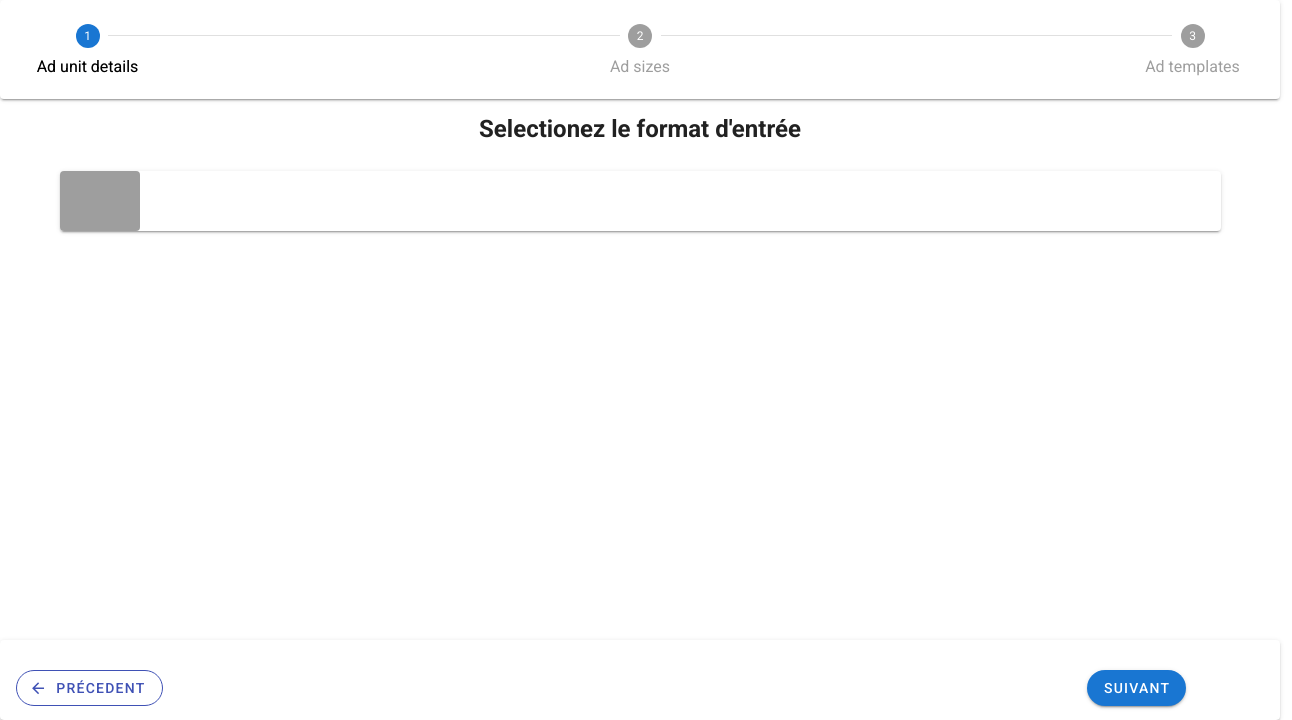
Repository: SidneyHodieb/myc
Page: /addsource/format
An editor plug-in stored every save of this project. The page is shown before and after the next save, followed by the edit.
The browser window is 1280 px wide. The page is 1292 px wide, so the pictures cover 1292 px, including what lies to the right of the window. The pictures show the whole page.
Pictures or frames that could not be fetched are drawn as grey boxes. The project was rebuilt for these pictures with package versions that can differ from the ones it lists, and the page was loaded fresh each time. Also part of the build but not shown: vue.config.js, src/views/Home.vue, src/views/addSource/components/card.vue, src/views/addSource/components/trigger.vue.

Above is the page before, as saved 2021-04-03 20:06:03.

### src/App.vue
<template>
  <v-app>
    <v-main>
      <router-view></router-view>
    </v-main>
  </v-app>
</template>

<script>

export default {
  name: 'App',
  data: () => ({
    //
  }),
};
</script>

### src/router/index.js
import Vue from 'vue'
import VueRouter from 'vue-router'
import Home from '../views/Home.vue'
import addSource from '../views/addSource/column'
import format from '../views/addSource/components/format'
import card from '../views/addSource/components/card'
import trigger from '../views/addSource/components/trigger'

Vue.use(VueRouter)

const routes = [
  {
    path: '/',
    name: 'Home',
    component: Home
  },
  {
    path: '/addsource',
    name: 'addSource',
    component: addSource,
    children: [
      {
        path: 'format',
        component: format
      },
      {
        path: 'card',
        component: card
      },
      {
        path: 'trigger',
        component: trigger
      }
    ]
  },
  {
    path: '/about',
    name: 'About',
    // route level code-splitting
    // this generates a separate chunk (about.[hash].js) for this route
    // which is lazy-loaded when the route is visited.
    component: function () {
      return import(/* webpackChunkName: "about" */ '../views/About.vue')
    }
  }
]

const router = new VueRouter({
  mode: 'history',
  base: process.env.BASE_URL,
  routes
})

export default router

### src/views/addSource/column.vue
<template>
  <div>
    <!-- Header -->
      <v-stepper alt-labels>
          <v-stepper-header>
            <v-stepper-step step="1">
              Ad unit details
            </v-stepper-step>

            <v-divider></v-divider>

            <v-stepper-step step="2">
              Ad sizes
            </v-stepper-step>

            <v-divider></v-divider>

            <v-stepper-step step="3">
              Ad templates
            </v-stepper-step>
          </v-stepper-header>
        </v-stepper>

        <!-- Content -->
        <router-view></router-view>
        <!--Footer  -->

<v-card class="card-bottom">

    <v-row>
       <v-col>
       <v-btn
       class="ml-4"
      rounded
      outlined
      color="indigo"
    >
     <v-icon left>
        mdi-arrow-left
      </v-icon>
      Précedent
    </v-btn>
       </v-col>

  <v-col offset-md="8" offset-sm="8">
      <v-btn
      rounded
      color="primary"
      dark
    >
      Suivant
    </v-btn>
      </v-col>
      </v-row>
    </v-card>

  </div>
</template>

<script>
export default {

}
</script>

<style lang="scss" scoped>

.card-bottom{
  position: absolute;bottom: 0;width:100%; height: 50px; padding-bottom:50px; padding-top:30px
}

</style>

### src/views/addSource/components/format.vue
<template>
  <v-container grid-list-md>
    <v-row>
      <v-col md="12" sm="12" class="text-center">
        <h2>Selectionez le format d'entrée</h2>
      </v-col>
      <v-col>
        <v-card>
          <v-img
           width="80"
            src="https://www.flaticon.com/svg/vstatic/svg/786/786788.svg?token=exp=1617473650~hmac=f02174a0ee444bdd71a855da4ad95c3d"
        ></v-img>
        </v-card>
      </v-col>
    </v-row>
  </v-container>
</template>

<script>
export default {

}
</script>

<style>

</style>

Loaded but not shown: public/index.html (common file); src/main.js (common file); src/store/index.js (common file); src/plugins/vuetify.js (common file)

After the next save:
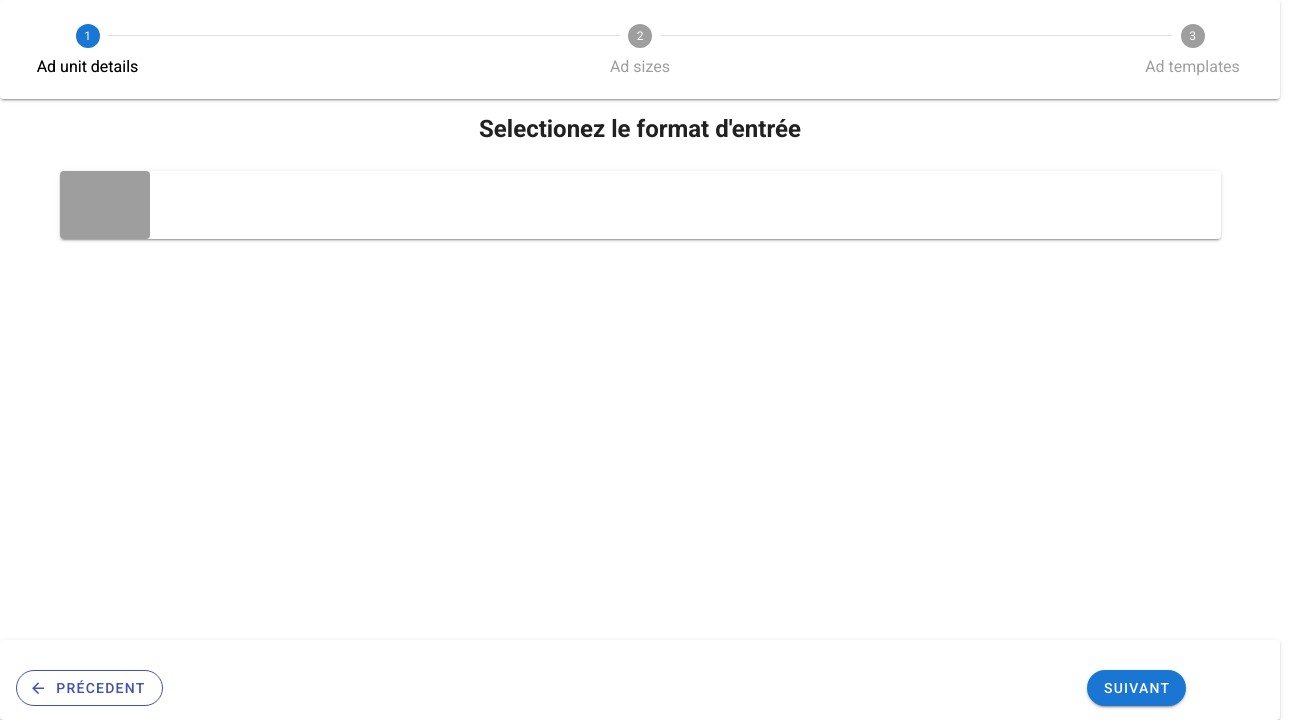
Saved 13 s later.
--- a/src/views/addSource/components/format.vue
+++ b/src/views/addSource/components/format.vue
@@ -7,7 +7,7 @@
       <v-col>
         <v-card>
           <v-img
-           width="80"
+           width="90"
             src="https://www.flaticon.com/svg/vstatic/svg/786/786788.svg?token=exp=1617473650~hmac=f02174a0ee444bdd71a855da4ad95c3d"
         ></v-img>
         </v-card>
